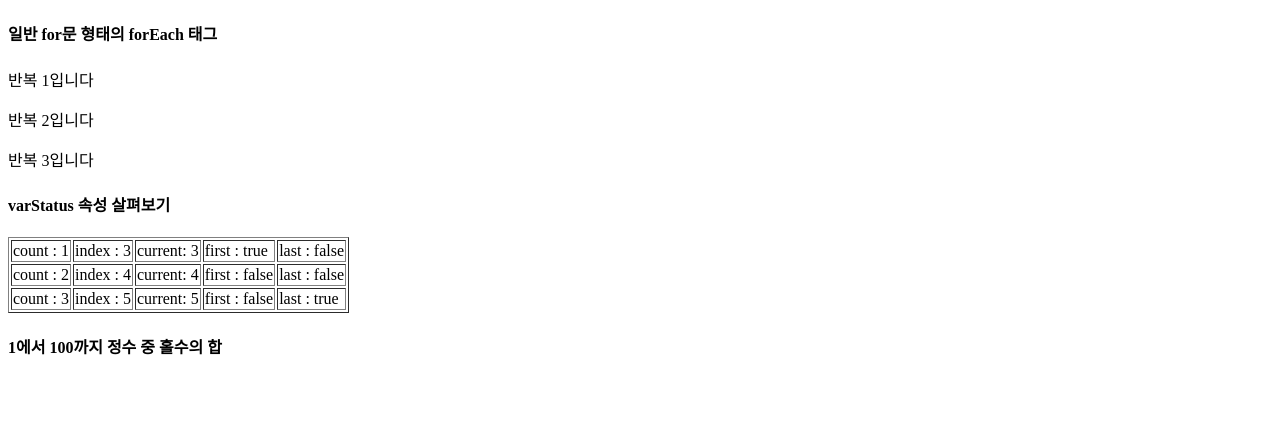
Repository: SteelIndustry/neo
Page: http://localhost/HelloWorld/11JSTL/core/ForEachNormal.jsp
These files come from the project's save history. The page is drawn as it stood at one moment and after the next save; the edit follows.
The browser window is 1280 px wide. The pictures show the whole page.
The page is served by Tomcat 9. Other server files are loaded and not shown.

Above is the page before, as saved 2022-09-09 10:36:04.

### WebJSP/HelloWorld/WebContent/11JSTL/core/ForEachNormal.jsp
<%@ page language="java" contentType="text/html; charset=UTF-8"
    pageEncoding="UTF-8"
    trimDirectiveWhitespaces="true"%>
<%@ taglib prefix="c" uri="http://java.sun.com/jsp/jstl/core" %>
<!DOCTYPE html>
<html>
<head>
<meta charset="UTF-8">
<title>JSTL - forEach 1</title>
</head>
<body>
	<h4>일반 for문 형태의 forEach 태그</h4>
	<c:forEach begin="1" end="3" step="1" var="i">
		<p>반복 ${i }입니다</p>
	</c:forEach>

	<h4>varStatus 속성 살펴보기</h4>
	<table border="1">
	<c:forEach begin="3" end="5" var="i" varStatus="loop">
		<tr>
			<td>count : ${loop.count }</td>
			<td>index : ${loop.index }</td>
			<td>current: ${loop.current }</td>
			<td>first : ${loop.first }</td>
			<td>last : ${loop.last }</td>
		</tr>
	</c:forEach>
	</table>

	<h4>1에서 100까지 정수 중 홀수의 합</h4>
	<c:forEach begin="1" end="100" var="j">
		<c:if test="${ j mod 2 ne 0 }">
			<c:set var="sum" value="${sum + j }"></c:set>
		</c:if>
	</c:forEach>

</body>
</html>

After the next save:
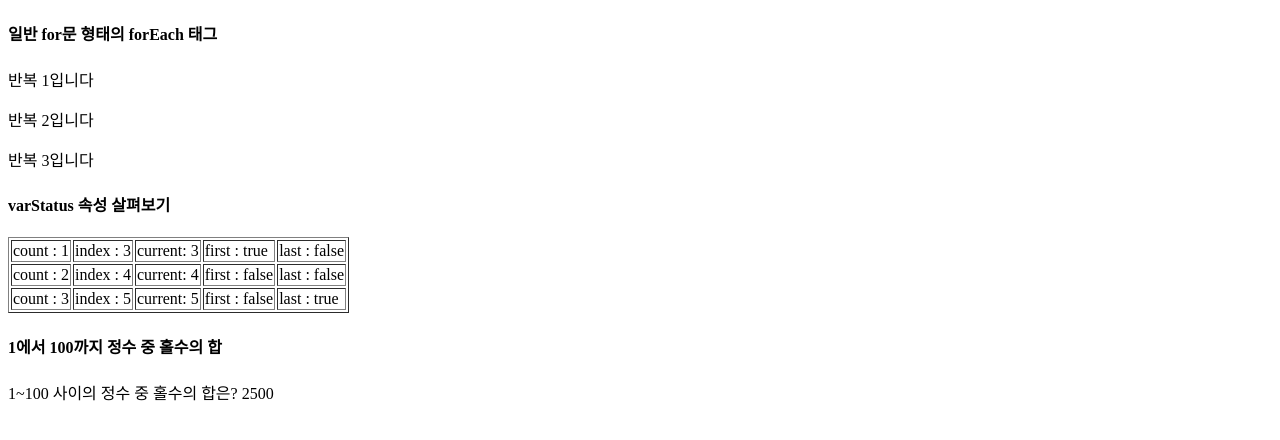
Saved 15 s later.
--- a/WebJSP/HelloWorld/WebContent/11JSTL/core/ForEachNormal.jsp
+++ b/WebJSP/HelloWorld/WebContent/11JSTL/core/ForEachNormal.jsp
@@ -30,9 +30,9 @@
 	<h4>1에서 100까지 정수 중 홀수의 합</h4>
 	<c:forEach begin="1" end="100" var="j">
 		<c:if test="${ j mod 2 ne 0 }">
-			<c:set var="sum" value="${sum + j }"></c:set>
+			<c:set var="sum" value="${sum + j }"/>
 		</c:if>
 	</c:forEach>
-
+	1~100 사이의 정수 중 홀수의 합은? ${ sum }
 </body>
 </html>
